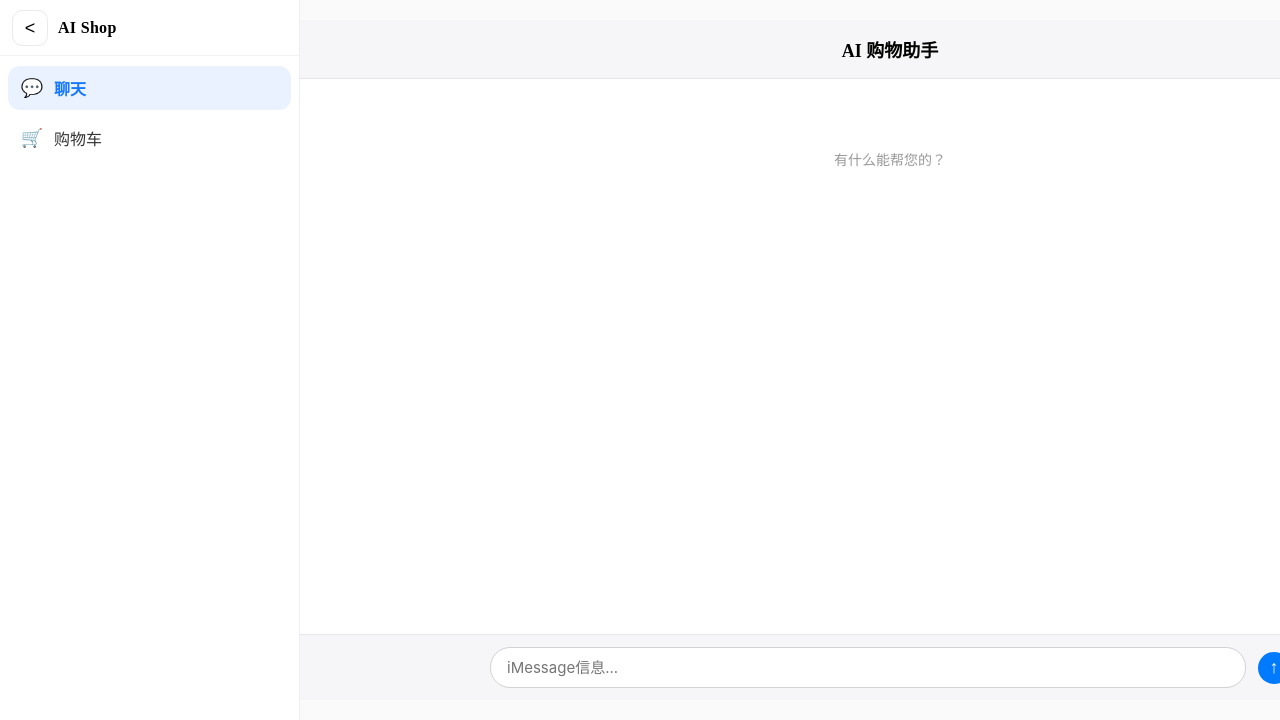
Repository: sjdndndks/ai-shop-webDemo
Page: / (app in ai-shop-assistant/)
The author's editor kept a copy of each file at every save. The page is drawn from the files as they stood at one save, then again after the next save.
The browser window is 1280 px wide. The pictures show the whole page.
The page's requests for data from a server got no answer. The project was rebuilt for these pictures with package versions that can differ from the ones it lists, and the page was loaded fresh each time. No one was signed in, and anything a server would have sent is missing. Also part of the build but not shown: ai-shop-assistant/vite.config.ts, ai-shop-assistant/src/store/cartStore.ts, ai-shop-assistant/src/components/ProductCard.tsx, ai-shop-assistant/src/pages/CartPage.module.css, ai-shop-assistant/src/pages/CartPage.tsx.

Above is the page before, as saved 2026-03-20 16:58:33.

### ai-shop-assistant/index.html
<!doctype html>
<html lang="en">
  <head>
    <meta charset="UTF-8" />
    <link rel="icon" type="image/svg+xml" href="/favicon.svg" />
    <meta name="viewport" content="width=device-width, initial-scale=1.0" />
    <title>ai-shop-assistant</title>
  </head>
  <body>
    <div id="root"></div>
    <script type="module" src="/src/main.tsx"></script>
  </body>
</html>

### ai-shop-assistant/src/App.tsx
import { BrowserRouter, Routes, Route } from "react-router-dom";
import Layout from "./layout/Layout";
import { ChatPage } from "./pages/ChatPage";
import { CartPage } from "./pages/CartPage";

function App() {
  return (
    <BrowserRouter>
      <Routes>
        <Route element={<Layout />}>
          <Route path="/" element={<ChatPage />} />
          <Route path="/cart" element={<CartPage />} />
        </Route>
      </Routes>
    </BrowserRouter>
  );
}

export default App;

### ai-shop-assistant/src/layout/Layout.tsx
import { Outlet } from "react-router-dom";
import styles from "./Layout.module.css";
import { useState } from "react";
import Sidebar from "../components/Sidebar";

export default function Layout() {
  const [collapsed, setCollapsed] = useState(false);
  return (
    <div className={styles.appShell}>
      <Sidebar
        collapsed={collapsed}
        onToggle={() => {
          setCollapsed((v) => !v);
        }}
      />
      <main className={styles.main}>
        <Outlet />
      </main>
    </div>
  );
}

### ai-shop-assistant/src/pages/ChatPage.tsx
import { useRef, useEffect } from "react";
import { ProductCard } from "../components/ProductCard";
import { useChat } from "../hooks/useChat";

export function ChatPage() {
  const { messages, input, setInput, status, errorMessage, sendMessage } =
    useChat();

  const messagesEndRef = useRef<HTMLDivElement>(null);
  const scrollToBottom = () => {
    messagesEndRef.current?.scrollIntoView({ behavior: "smooth" });
  };
  useEffect(() => {
    scrollToBottom();
  }, [messages, status]);

  return (
    <>
      {/* 最外层 霸占整个浏览器 */}
      <div
        style={{
          height: "100vh",
          width: "100vw",
          display: "flex",
          flexDirection: "column",
          margin: "0 auto",
          backgroundColor: "white",
        }}
      >
        {/* 顶部标题区 */}
        <div
          style={{
            padding: "16px",
            textAlign: "center",
            borderBottom: "1px solid #e5e5ea",
            fontWeight: "bold",
            fontSize: "18px",
            backgroundColor: "#f6f6f8",
          }}
        >
          AI 购物助手
        </div>
        {/* <ProductCarf product={fakeApple} /> */}

        {/* 聊天记录区 */}
        <div
          style={{
            flex: 1,
            overflowY: "auto",
            padding: "20px",
            backgroundColor: "#ffffff",
          }}
        >
          {/* 消息列表,内层约束容器 */}
          <div
            style={{
              maxWidth: "800px",
              margin: "0 auto",
              display: "flex",
              flexDirection: "column",
              gap: "16px",
              padding: "10px",
              flex: 1,
              overflowY: "auto",
            }}
          >
            {messages.map((meg) => (
              <div
                key={meg.id}
                style={{
                  display: "flex",
                  flexDirection: "column",
                  alignItems: meg.isUser ? "flex-end" : "flex-start",
                }}
              >
                {/* 气泡 */}
                <div
                  style={{
                    maxWidth: "75%",
                    padding: "10px 16px",
                    fontSize: "16px",
                    lineHeight: "1.4",
                    //苹果字体
                    fontFamily:
                      '-apple-system, BlinkMacSystemFont, "Segoe UI", Roboto, san-serif',
                    fontWeight: "400",
                    //苹果配色
                    backgroundColor: meg.isUser ? "#007aff" : "#e9e9eb",
                    color: meg.isUser ? "white" : "black",
                    // 气泡形状
                    borderRadius: meg.isUser
                      ? "18px 18px 4px 18px"
                      : "18px 18px 18px 4px",
                  }}
                >
                  {meg.text}
                </div>
                {/* 商品卡片 */}
                {meg.product && (
                  <div style={{ marginTop: "10px" }}>
                    <ProductCard product={meg.product} />
                  </div>
                )}
              </div>
            ))}

            {/* 状态提示 */}
            {status === "loading" && <div>正在思考...</div>}
            {status === "error" && (
              <div style={{ color: "red" }}>请求失败:{errorMessage}</div>
            )}
            {status === "idle" && messages.length === 0 && (
              <div
                style={{
                  fontSize: "14px",
                  textAlign: "center",
                  color: "#999",
                  marginTop: "40px",
                }}
              >
                有什么能帮您的？
              </div>
            )}

            {/* 隐形追踪器 */}
            <div ref={messagesEndRef} />
          </div>
        </div>

        {/* 底部输入区域 */}
        <div
          style={{
            display: "flex",
            gap: "12px",
            padding: "12px 16px",
            backgroundColor: "#f6f6f8",
            borderTop: "1px solid #e5e5ea",
            alignItems: "center",
            justifyContent: "center",
            flexShrink: 0,
          }}
        >
          {/* 底部长条框 */}
          <div
            style={{
              display: "flex",
              gap: "12px",
              alignItems: "center",
              width: "100%",
              maxWidth: "800px",
            }}
          >
            <input
              value={input}
              onChange={(e) => setInput(e.target.value)}
              placeholder="iMessage信息..."
              onKeyDown={(e) => {
                if (e.key === "Enter" && status != "loading") {
                  sendMessage();
                }
              }}
              style={{
                flex: 1,
                padding: "10px 16px",
                fontSize: "15px",
                borderRadius: "20px",
                border: "1px solid #d1d1d6",
                outline: "none",
                fontFamily: "-apple-system, BlinkMacSystemFont, sans-serif",
              }}
            />
            <button
              onClick={sendMessage}
              disabled={status === "loading"}
              style={{
                backgroundColor: status === "loading" ? "#A0CFFF" : "#007aff",
                color: "white",
                border: "none",
                borderRadius: "50%",
                width: "32px",
                height: "32px",
                display: "flex",
                justifyContent: "center",
                alignItems: "center",
                cursor: status === "loading" ? "not-allowed" : "pointer",
                fontWeight: "bold",
                fontSize: "18px",
                flexShrink: 0,
              }}
            >
              ↑
            </button>
          </div>
        </div>
      </div>
    </>
  );
}

### ai-shop-assistant/src/layout/Layout.module.css
/* Layout.module.css */

.appShell {
    display: flex;
    height: 100vh;
    overflow: hidden;
    background: #fafafa;
}

.main {
    padding: 20px;
    flex: 1;
    overflow: hidden;
    min-width: 0;
    height: 100vh;
    display: flex;
    flex-direction: column;
}

### ai-shop-assistant/src/components/Sidebar.tsx
import { NavLink } from "react-router-dom";
import styles from "./Sidebar.module.css";

type Props = {
  collapsed: boolean;
  onToggle: () => void;
};

export default function Sidebar({ collapsed, onToggle }: Props) {
  return (
    <aside className={`${styles.sidebar} ${collapsed ? styles.collapsed : ""}`}>
      <div className={styles.top}>
        <button
          className={styles.toggleBtn}
          onClick={onToggle}
          aria-label="切换侧边栏"
        >
          {collapsed ? "☰" : "<"}
        </button>

        {!collapsed && <div className={styles.brand}>AI Shop</div>}
      </div>

      <nav className={styles.nav}>
        <NavLink
          to="/"
          className={({ isActive }) =>
            isActive ? `${styles.link} ${styles.active}` : styles.link
          }
          title="聊天"
        >
          <span className={styles.icon}>💬</span>
          {!collapsed && <span className={styles.text}>聊天</span>}
        </NavLink>

        <NavLink
          to="/cart"
          className={({ isActive }) =>
            isActive ? `${styles.link} ${styles.active}` : styles.link
          }
          title="购物车"
        >
          <span className={styles.icon}>🛒</span>
          {!collapsed && <span className={styles.text}>购物车</span>}
        </NavLink>
      </nav>
    </aside>
  );
}

### ai-shop-assistant/src/hooks/useChat.ts
import { useChatStore } from "../store/chatStore"

//自定义hook必须以use开头
export function useChat (){
    return useChatStore()
}

### ai-shop-assistant/src/components/Sidebar.module.css
/* Sidebar.module.css */

.sidebar {
    width: 300px;
    height: 100vh;
    background: #ffffff;
    border-right: 1px solid #eee;
    display: flex;
    flex-direction: column;
    transition: width 0.2s ease;
    flex-shrink: 0;
    overflow-y: auto;
}

.collapsed {
    width: 64px;
}

.top {
    height: 56px;
    display: flex;
    align-items: center;
    gap: 10px;
    padding: 0 12px;
    border-bottom: 1px solid #f2f2f2;
}

.toggleBtn {
    width: 36px;
    height: 36px;
    border: 1px solid #eaeaea;
    background: #fff;
    border-radius: 10px;
    cursor: pointer;
    font-size: 18px;
    line-height: 1;
}

.brand {
    font-weight: 800;
    letter-spacing: 0.3px;
}

.nav {
    padding: 10px 8px;
    display: flex;
    flex-direction: column;
    gap: 6px;
}

.link {
    height: 44px;
    display: flex;
    align-items: center;
    gap: 10px;
    padding: 0 12px;
    border-radius: 12px;
    text-decoration: none;
    color: #333;
}

.link:hover {
    background: #f7f7f7;
}

.active {
    background: #eaf2ff;
    color: #1677ff;
    font-weight: 700;
}

.icon {
    width: 24px;
    display: inline-flex;
    justify-content: center;
    font-size: 18px;
}

.text {
    white-space: nowrap;
}

### ai-shop-assistant/src/store/chatStore.ts
import { create } from "zustand";
import { persist } from "zustand/middleware";
import type { Message, Product } from "../types";
import { useSettingsStore } from "./settingsStore";

const API_BASE_URL = import.meta.env.VITE_API_BASE_URL ?? "http://localhost:3000";

interface ProductReply {
  type: "product" | "product_list" | "products";
  data: Product | Product[];
  reply?: string;
}

function toApiMessages(messages: Message[]) {
  return messages.map((message) => ({
    role: message.isUser ? "user" : "assistant",
    content: message.rawText ?? message.text,
  }));
}

function isValidProduct(value: unknown): value is Product {
  if (!value || typeof value !== "object") {
    return false;
  }

  const product = value as Record<string, unknown>;
  return (
    typeof product.id === "string" &&
    typeof product.name === "string" &&
    typeof product.price === "number" &&
    Number.isFinite(product.price) &&
    typeof product.imageUrl === "string"
  );
}

function normalizeProducts(data: ProductReply["data"]) {
  if (Array.isArray(data)) {
    const products = data.filter(isValidProduct);
    return products.length > 0 ? products : undefined;
  }

  return isValidProduct(data) ? [data] : undefined;
}

function getJsonCandidates(text: string) {
  const trimmed = text.trim();
  const candidates = [trimmed];

  const fencedMatch = trimmed.match(/^```(?:json)?\s*([\s\S]*?)\s*```$/i);
  if (fencedMatch?.[1]) {
    candidates.push(fencedMatch[1].trim());
  }

  const firstBraceIndex = trimmed.indexOf("{");
  const lastBraceIndex = trimmed.lastIndexOf("}");
  if (
    firstBraceIndex !== -1 &&
    lastBraceIndex !== -1 &&
    lastBraceIndex > firstBraceIndex
  ) {
    candidates.push(trimmed.slice(firstBraceIndex, lastBraceIndex + 1).trim());
  }

  return [...new Set(candidates)];
}

function parseProductReply(text: string): {
  normalizedText: string;
  products?: Product[];
  reply?: string;
} {
  for (const candidate of getJsonCandidates(text)) {
    try {
      const parsed = JSON.parse(candidate) as ProductReply;
      if (
        parsed.type === "product" ||
        parsed.type === "product_list" ||
        parsed.type === "products"
      ) {
        const products = normalizeProducts(parsed.data);

        if (!products) {
          continue;
        }

        return {
          normalizedText: JSON.stringify({
            type: "product_list",
            reply: parsed.reply,
            data: products,
          }),
          products,
          reply: typeof parsed.reply === "string" ? parsed.reply.trim() : undefined,
        };
      }
    } catch {
      // 继续尝试下一个候选文本
    }
  }

  return { normalizedText: text.trim() };
}

function createAssistantMessage(aiReply: string): Message {
  const { normalizedText, products, reply } = parseProductReply(aiReply);
  const aiMessage: Message = {
    id: Date.now() + 1,
    text: normalizedText,
    rawText: normalizedText,
    isUser: false,
  };

  if (products && products.length > 0) {
    aiMessage.text = reply || `为您找到以下 ${products.length} 件商品`;
    aiMessage.products = products;
  }

  return aiMessage;
}

type ChatStatus = "idle" | "loading" | "error";

async function requestAssistantReply(
  messages: Message[],
  signal: AbortSignal,
) {
  const productCount = useSettingsStore.getState().productCount;
  let response: Response;

  try {
    response = await fetch(`${API_BASE_URL}/api/chat`, {
      method: "POST",
      headers: {
        "Content-Type": "application/json",
      },
      body: JSON.stringify({
        messages: toApiMessages(messages),
        productCount,
      }),
      signal,
    });
  } catch (error) {
    throw new Error(
      `无法连接到后端服务，请确认 ai-shop-server 已启动在 ${API_BASE_URL}`,
    );
  }

  const rawText = await response.text();
  let data: any = null;

  if (rawText.trim()) {
    try {
      data = JSON.parse(rawText);
    } catch {
      throw new Error(
        `后端返回了非 JSON 响应，请确认 ai-shop-server 已重启并监听 ${API_BASE_URL}`,
      );
    }
  }

  if (!response.ok) {
    throw new Error(
      `API Error ${response.status}: ${data?.error?.message || data?.error || "未知参数错误"}`,
    );
  }

  if (data?.error) {
    throw new Error(`API 内部报错啦：${data.error.message || data.error}`);
  }

  if (!data?.choices || data.choices.length === 0) {
    throw new Error("API 返回了奇怪数据，找不到 choices");
  }

  const aiReply = data.choices[0]?.message?.content;
  if (typeof aiReply !== "string" || !aiReply.trim()) {
    throw new Error("AI 没有返回可显示的内容");
  }

  return createAssistantMessage(aiReply);
}

interface ChatStore {
  messages: Message[];
  input: string;
  status: ChatStatus;
  errorMessage: string;
  retryMessageId: number | null;
  scrollTop: number;
  setInput: (value: string) => void;
  setScrollTop: (value: number) => void;
  sendMessage: () => Promise<void>;
  retryMessage: () => Promise<void>;
}

export const useChatStore = create<ChatStore>()(
  persist(
    (set, get) => ({
      messages: [],
      input: "",
      status: "idle",
      errorMessage: "",
      retryMessageId: null,
      scrollTop: 0,
      setInput: (value) => {
        set({ input: value });
      },
      setScrollTop: (value) => {
        set({ scrollTop: value });
      },
      sendMessage: async () => {
        const { input, messages } = get();
        const trimmedInput = input.trim();

        set({
          errorMessage: "",
          retryMessageId: null,
        });

        if (!trimmedInput) {
          return;
        }

        const newMessage: Message = {
          id: Date.now(),
          text: trimmedInput,
          isUser: true,
        };

        const nextMessages = [...messages, newMessage];
        set({
          messages: nextMessages,
          input: "",
        });

        const controller = new AbortController();
        const timeoutId = setTimeout(() => {
          controller.abort();
        }, 30000);

        try {
          set({ status: "loading" });
          const aiMessage = await requestAssistantReply(
            nextMessages,
            controller.signal,
          );

          set((state) => ({
            messages: [...state.messages, aiMessage],
            status: "idle",
            errorMessage: "",
            retryMessageId: null,
          }));
        } catch (err) {
          if (err instanceof Error) {
            if (err.name === "AbortError") {
              set({
                status: "error",
                errorMessage: "请求超时",
                retryMessageId: newMessage.id,
              });
            } else {
              set({
                status: "error",
                errorMessage: err.message,
                retryMessageId: newMessage.id,
              });
            }
          } else {
            set({
              status: "error",
              errorMessage: "未知错误",
              retryMessageId: newMessage.id,
            });
          }
        } finally {
          clearTimeout(timeoutId);
        }
      },
      retryMessage: async () => {
        const { messages, retryMessageId } = get();

        if (retryMessageId === null) {
          return;
        }

        const retryIndex = messages.findIndex(
          (message) => message.id === retryMessageId,
        );
        const retryTarget = retryIndex >= 0 ? messages[retryIndex] : null;

        if (!retryTarget || !retryTarget.isUser) {
          return;
        }

        const retryMessages = messages.slice(0, retryIndex + 1);
        const controller = new AbortController();
        const timeoutId = setTimeout(() => {
          controller.abort();
        }, 30000);

        try {
          set({
            status: "loading",
            errorMessage: "",
          });

          const aiMessage = await requestAssistantReply(
            retryMessages,
            controller.signal,
          );

          set((state) => {
            const currentRetryIndex = state.messages.findIndex(
              (message) => message.id === retryMessageId,
            );

            if (currentRetryIndex === -1) {
              return {
                status: "idle",
                errorMessage: "",
                retryMessageId: null,
              };
            }

            const preservedMessages = state.messages.slice(
              0,
              currentRetryIndex + 1,
            );

            return {
              messages: [...preservedMessages, aiMessage],
              status: "idle",
              errorMessage: "",
              retryMessageId: null,
            };
          });
        } catch (err) {
          if (err instanceof Error) {
            if (err.name === "AbortError") {
              set({
                status: "error",
                errorMessage: "请求超时",
              });
            } else {
              set({
                status: "error",
                errorMessage: err.message,
              });
            }
          } else {
            set({
              status: "error",
              errorMessage: "未知错误",
            });
          }
        } finally {
          clearTimeout(timeoutId);
        }
      },
    }),
    {
      name: "ai-shop-chat",
      partialize: (state) => ({
        messages: state.messages,
        input: state.input,
      }),
    },
  ),
);

### ai-shop-assistant/src/store/settingsStore.ts
import { create } from "zustand";
import { persist } from "zustand/middleware";

export const MIN_RECOMMENDATION_COUNT = 1;
export const MAX_RECOMMENDATION_COUNT = 6;

function clampProductCount(value: number) {
  return Math.min(
    MAX_RECOMMENDATION_COUNT,
    Math.max(MIN_RECOMMENDATION_COUNT, Math.floor(value)),
  );
}

interface SettingsStore {
  productCount: number;
  setProductCount: (value: number) => void;
}

export const useSettingsStore = create<SettingsStore>()(
  persist(
    (set) => ({
      productCount: 3,
      setProductCount: (value) => {
        set({ productCount: clampProductCount(value) });
      },
    }),
    {
      name: "ai-shop-settings",
    },
  ),
);

Loaded but not shown: ai-shop-assistant/src/main.tsx (common file); ai-shop-assistant/src/index.css (common file)

After the next save:
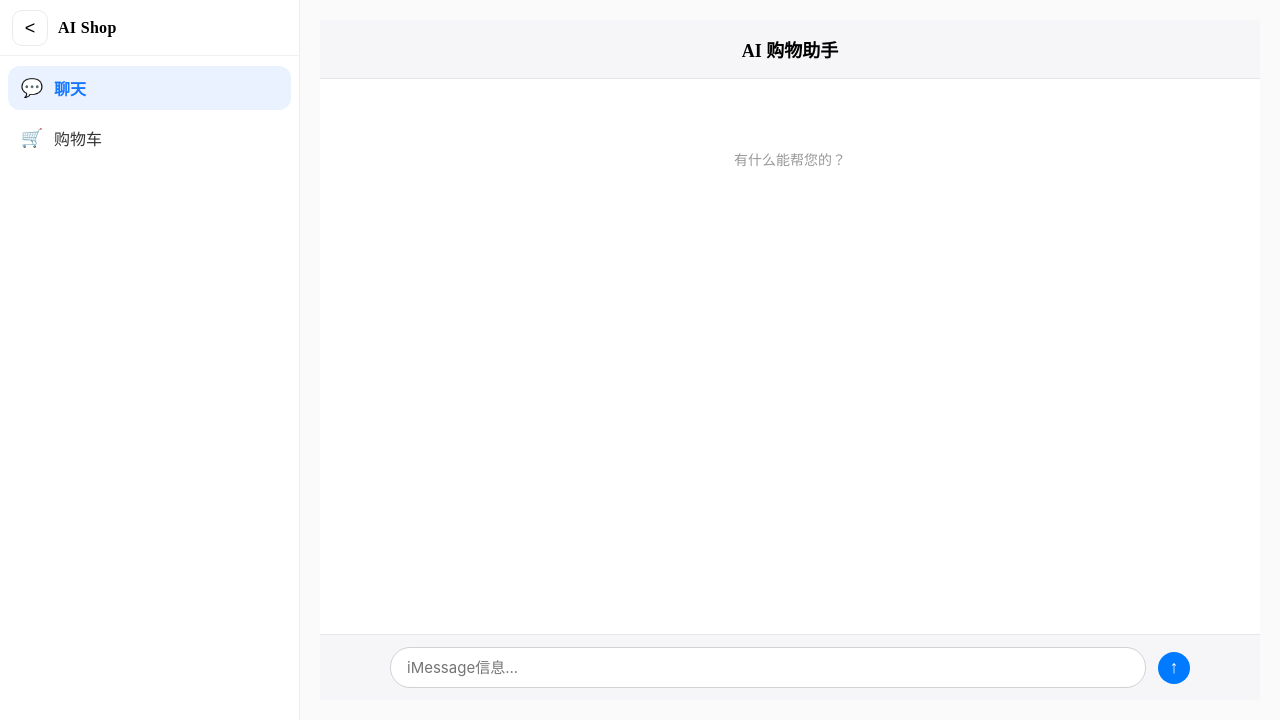
Saved 10 min 40 s later.
--- a/ai-shop-assistant/src/pages/ChatPage.tsx
+++ b/ai-shop-assistant/src/pages/ChatPage.tsx
@@ -19,8 +19,8 @@ export function ChatPage() {
       {/* 最外层 霸占整个浏览器 */}
       <div
         style={{
-          height: "100vh",
-          width: "100vw",
+          height: "100%",
+          width: "100%",
           display: "flex",
           flexDirection: "column",
           margin: "0 auto",
